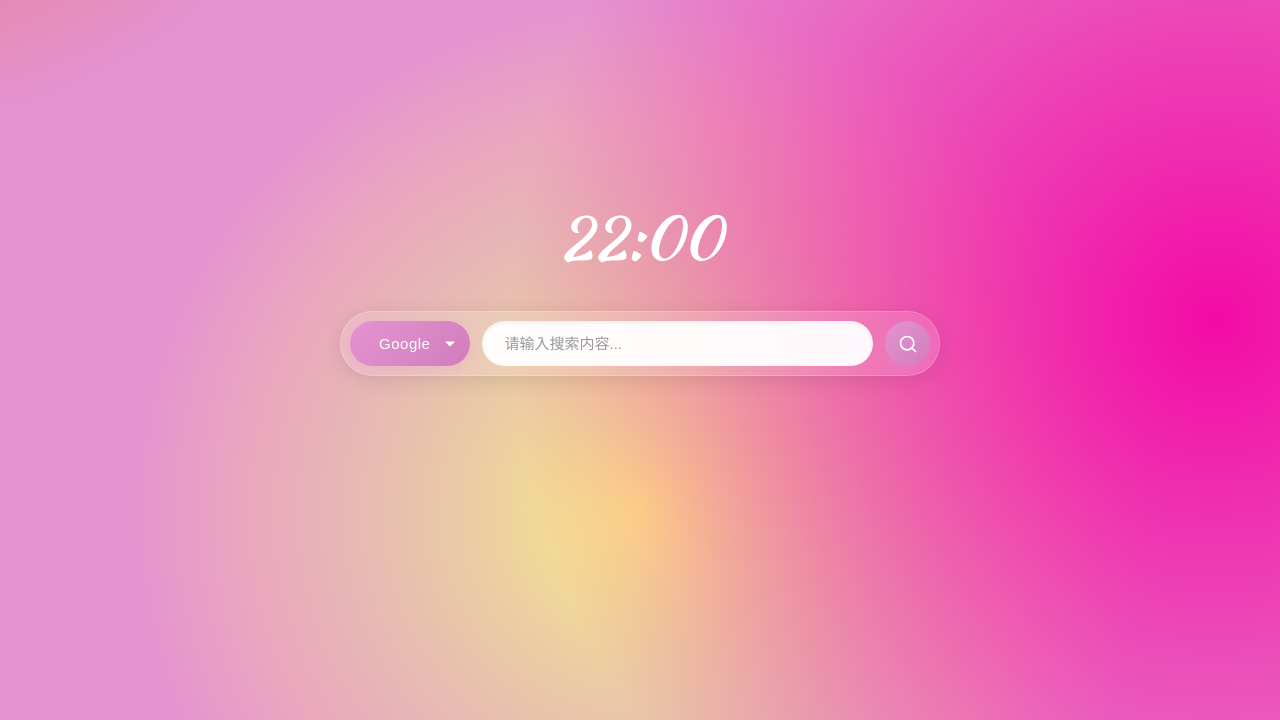
Repository: RADEKWRLD/NaviR
Page: index.html
An editor plug-in stored every save of this project. The page is shown before and after the next save, followed by the edit.
The browser window is 1280 px wide. The pictures show the whole page.

Above is the page before, as saved 2025-05-23 23:03:00.
Console error: TypeError: Cannot read properties of null (reading 'appendChild')

After the next save:
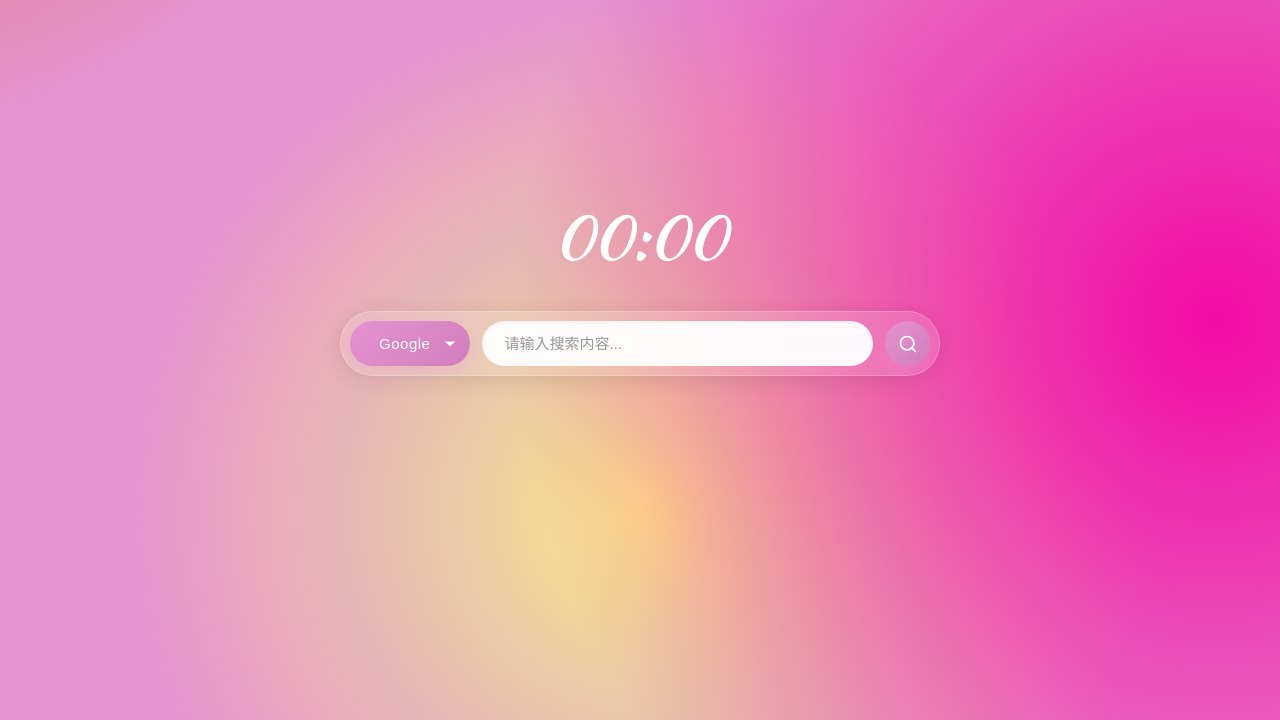
Console error: SyntaxError: missing ) after argument list
Saved 20 s later.
--- a/main/script.js
+++ b/main/script.js
@@ -78,7 +78,7 @@
 const engineMenu = document.getElementById('engine-menu');
 
 engineBtn.addEventListener('click', () => {
-    engineBtn.classList.toggle('active');
+    engineBtn.classList.toggle('active' "show");
 });
 
 // 3. 监听菜单点击，切换引擎

After the save that followed:
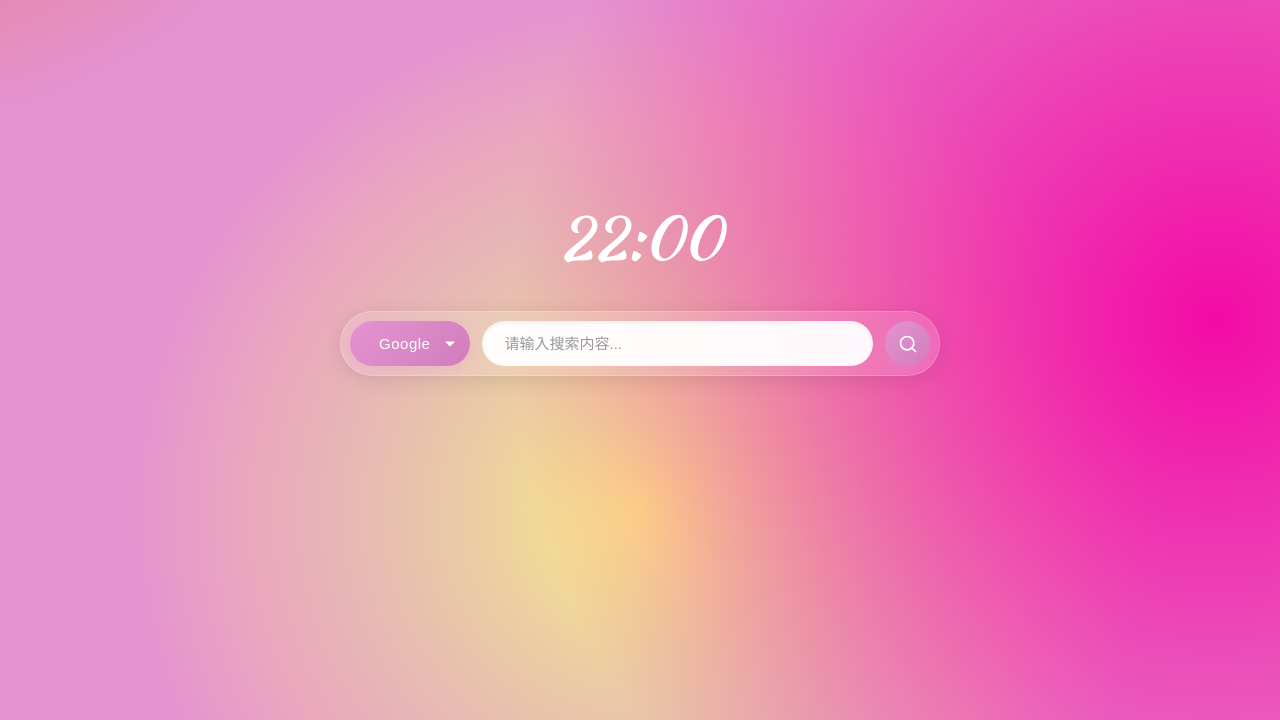
Console error: TypeError: Cannot read properties of null (reading 'appendChild')
Saved 9 s later.
--- a/main/script.js
+++ b/main/script.js
@@ -78,7 +78,7 @@
 const engineMenu = document.getElementById('engine-menu');
 
 engineBtn.addEventListener('click', () => {
-    engineBtn.classList.toggle('active' "show");
+    engineBtn.classList.toggle('active',"show");
 });
 
 // 3. 监听菜单点击，切换引擎
